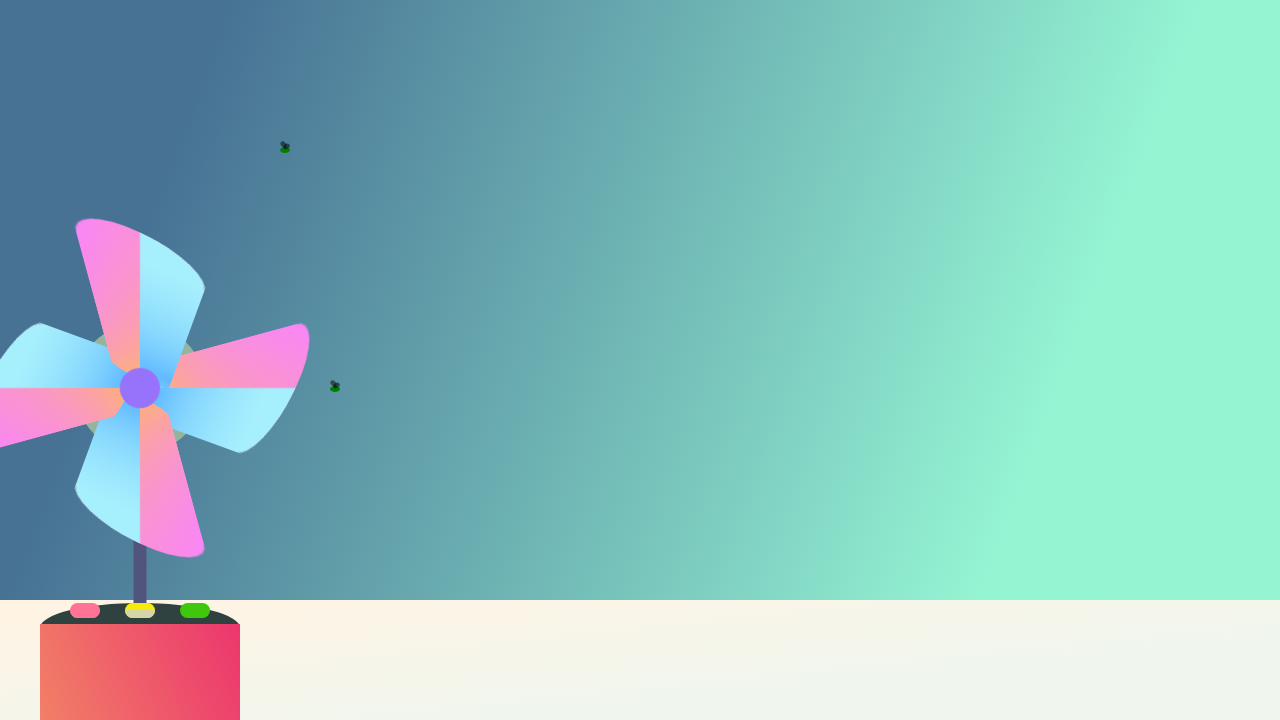
Repository: VuTuanAnh0949/CodeFan
Page: dsd.html
The author's editor kept a copy of each file at every save. The page is drawn from the files as they stood at one save, then again after the next save.
The browser window is 1280 px wide. The pictures show the whole page.

Above is the page before, as saved 2022-06-22 12:49:47.

After the next save:
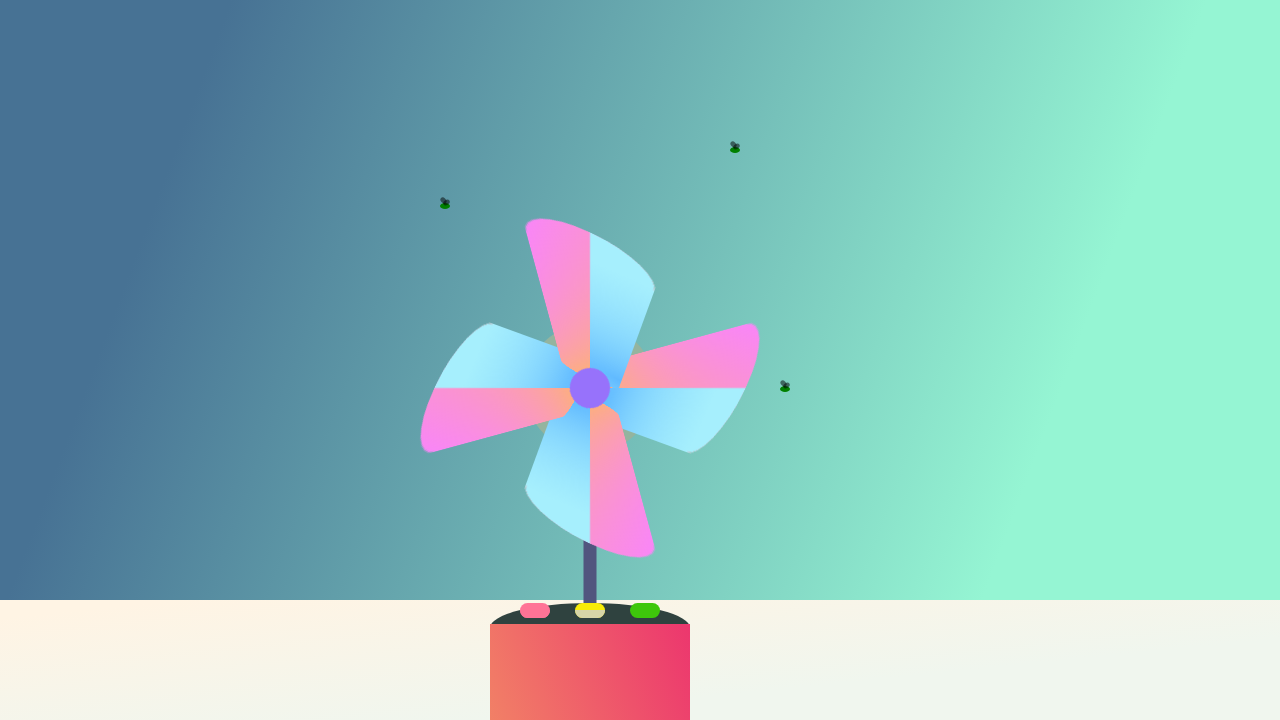
Saved 4 s later.
--- a/style.css
+++ b/style.css
@@ -130,7 +130,7 @@ span {
     z-index: 1;
     margin-top: 75px;
     perspective: 500px;
-    margin-right: 1000px;
+    margin-right: 100px;
 }
 
 .fan::after {
